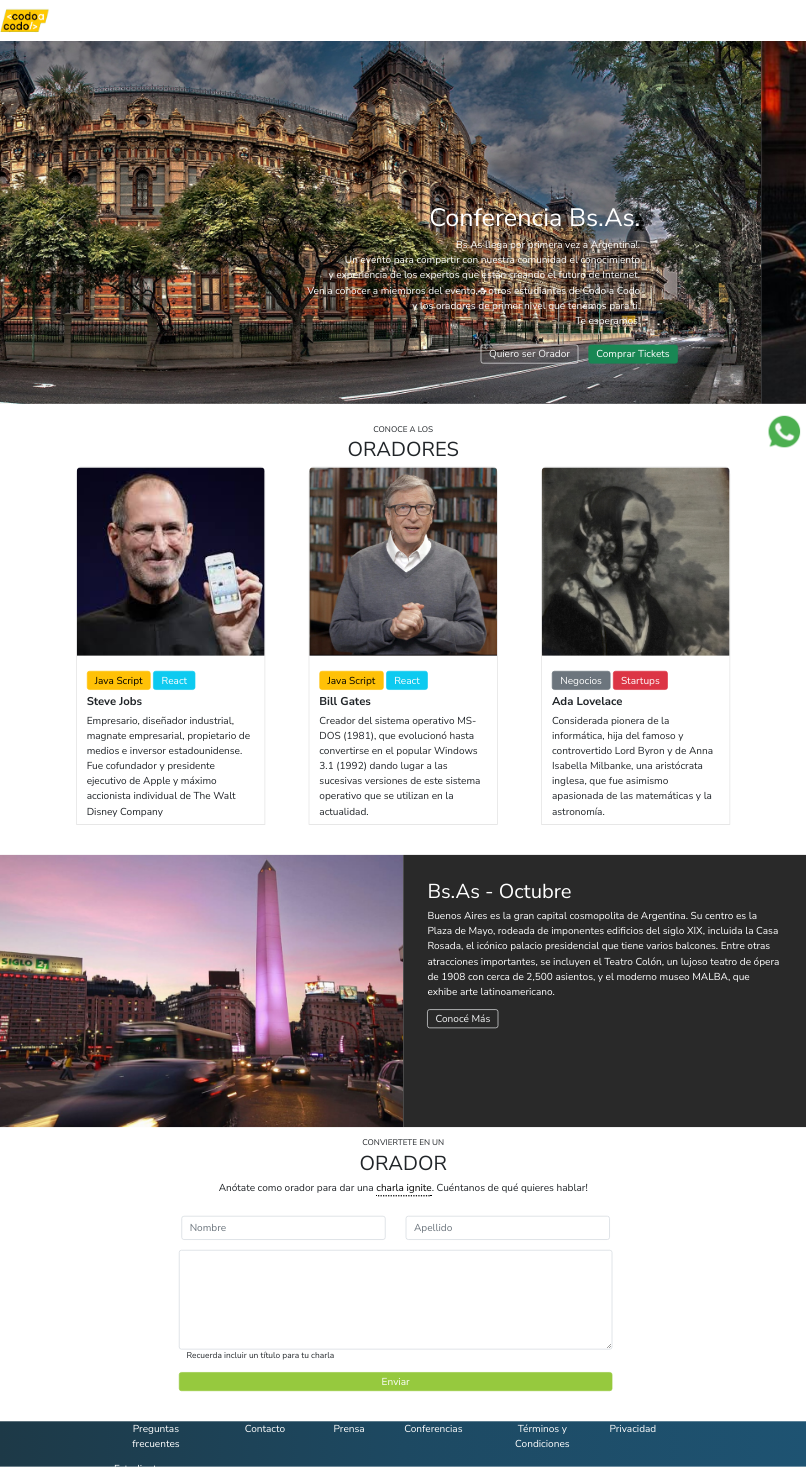
Repository: Melire/trabajo-final-BS
Page: index.html
These files come from the project's save history. The page is drawn as it stood at one moment and after a run of saves; the edit follows.
The browser window is 1280 px wide. The pictures show the whole page, at 63% of full size.

Above is the page before, as saved 2023-05-11 18:19:08.

After the next 2 saves:
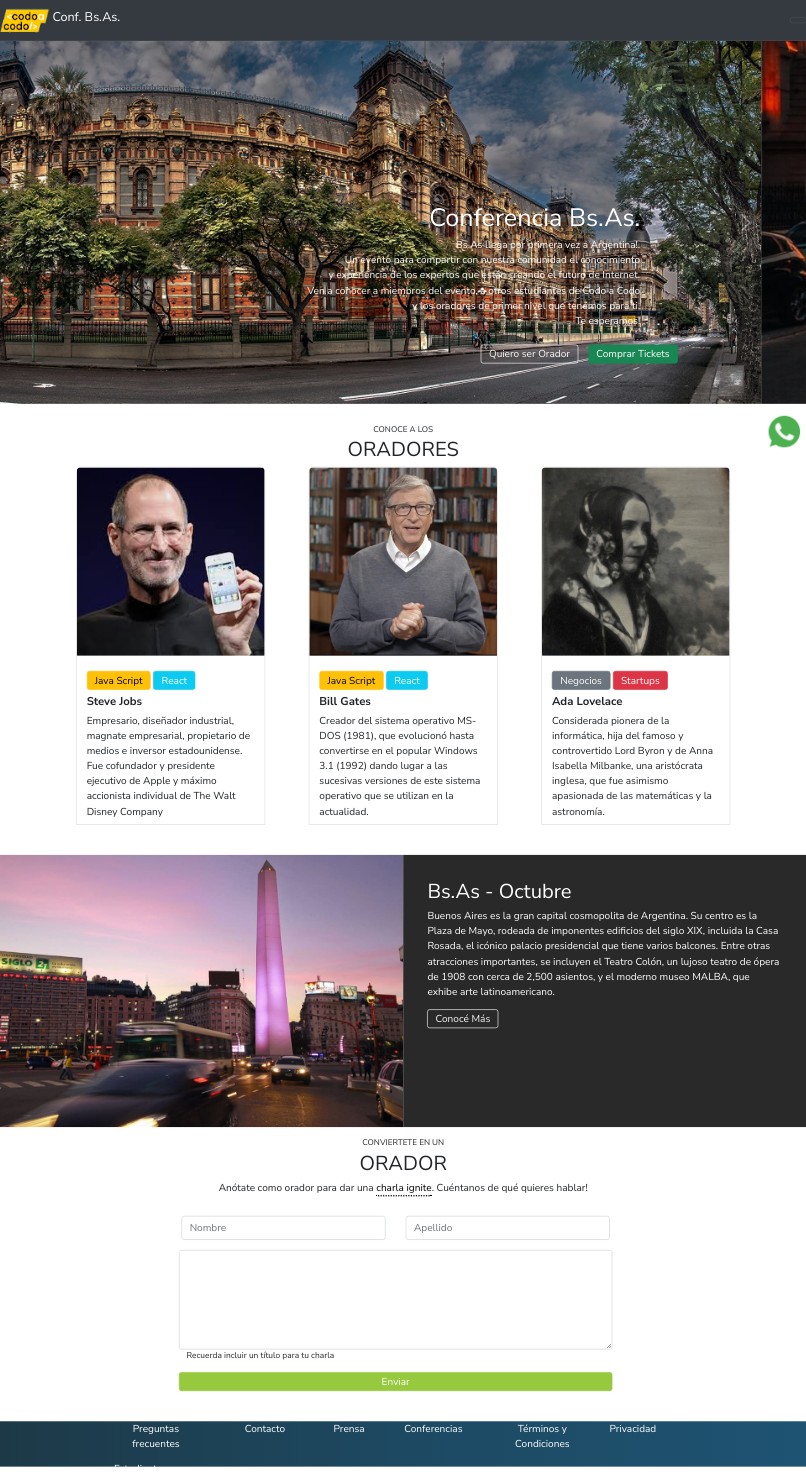
The 2 saves are shown as one change because they came seconds apart.
The last was saved 12 s later.
--- a/css/estilos3.css
+++ b/css/estilos3.css
@@ -15,7 +15,7 @@
 }
 /* barra de navegacion*/
 
-.bg-dark{
+.colorNav{
     background-color: rgb(53, 58, 64);
 }
 .navbar-expand-lg {
